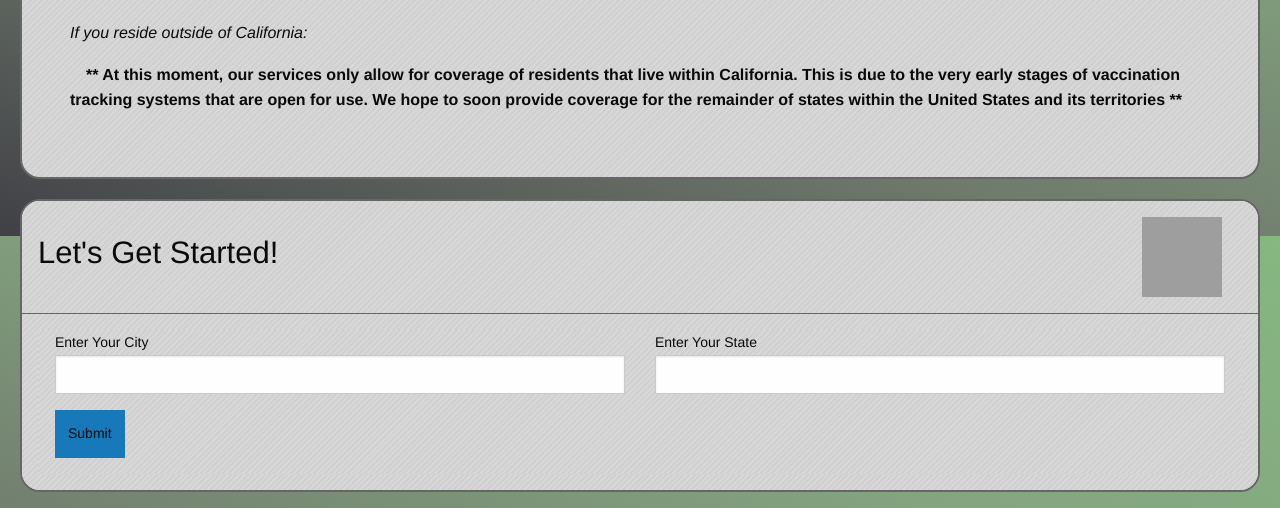
Repository: seddboi/Save-A-Shot
Page: index.html
An editor plug-in stored every save of this project. The page is shown before and after the next save, followed by the edit.
The browser window is 1280 px wide. The pictures show the part of the page from y = 1204 to 1713 px (the page is 1712 px tall before and 1713 px after).
Pictures or frames that could not be fetched are drawn as grey boxes. A picture or video elsewhere on the page could not be fetched, so the positions and the page height are approximate. The page's requests for data from a server got no answer. Backgrounds fixed to the window are drawn as part of the page. Some web libraries are served in a nearby version.

Above is the page before, as saved 2021-03-19 22:22:53.

After the next save:
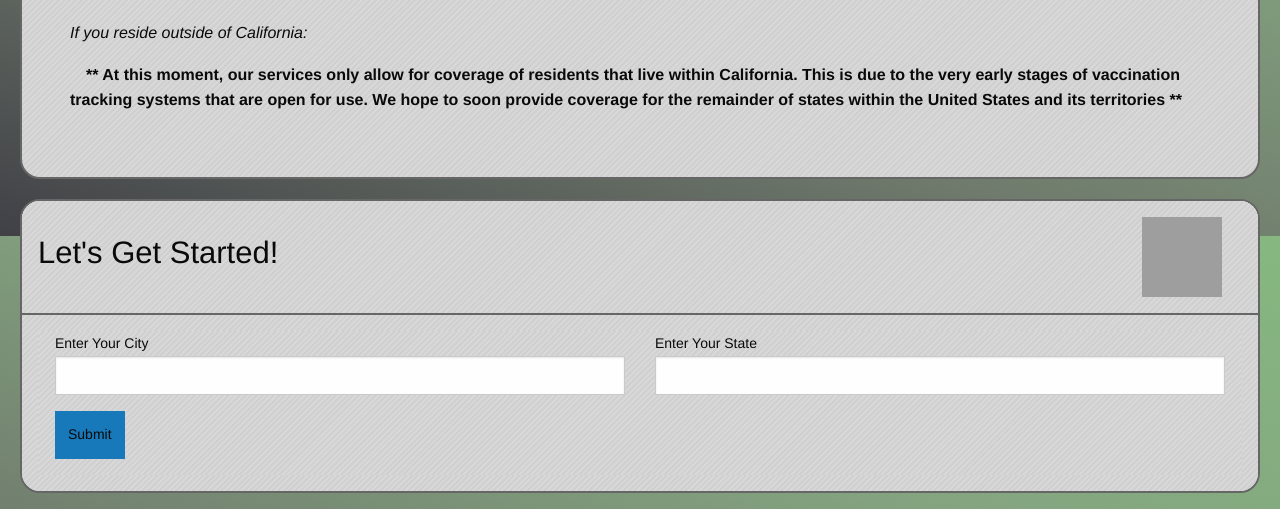
Saved 7 s later.
--- a/assets/css/style.css
+++ b/assets/css/style.css
@@ -53,7 +53,7 @@ body {
 }
 
 #card-divider {
-    border-bottom: 1px solid #666;
+    border-bottom: 2px solid #666;
     background-image: repeating-linear-gradient(315deg, rgba(134,134,134, 0.1) 0px, rgba(134,134,134, 0.1) 2px,transparent 2px, transparent 4px),linear-gradient(270deg, rgb(216,216,216),rgb(216,216,216));
 }
 
